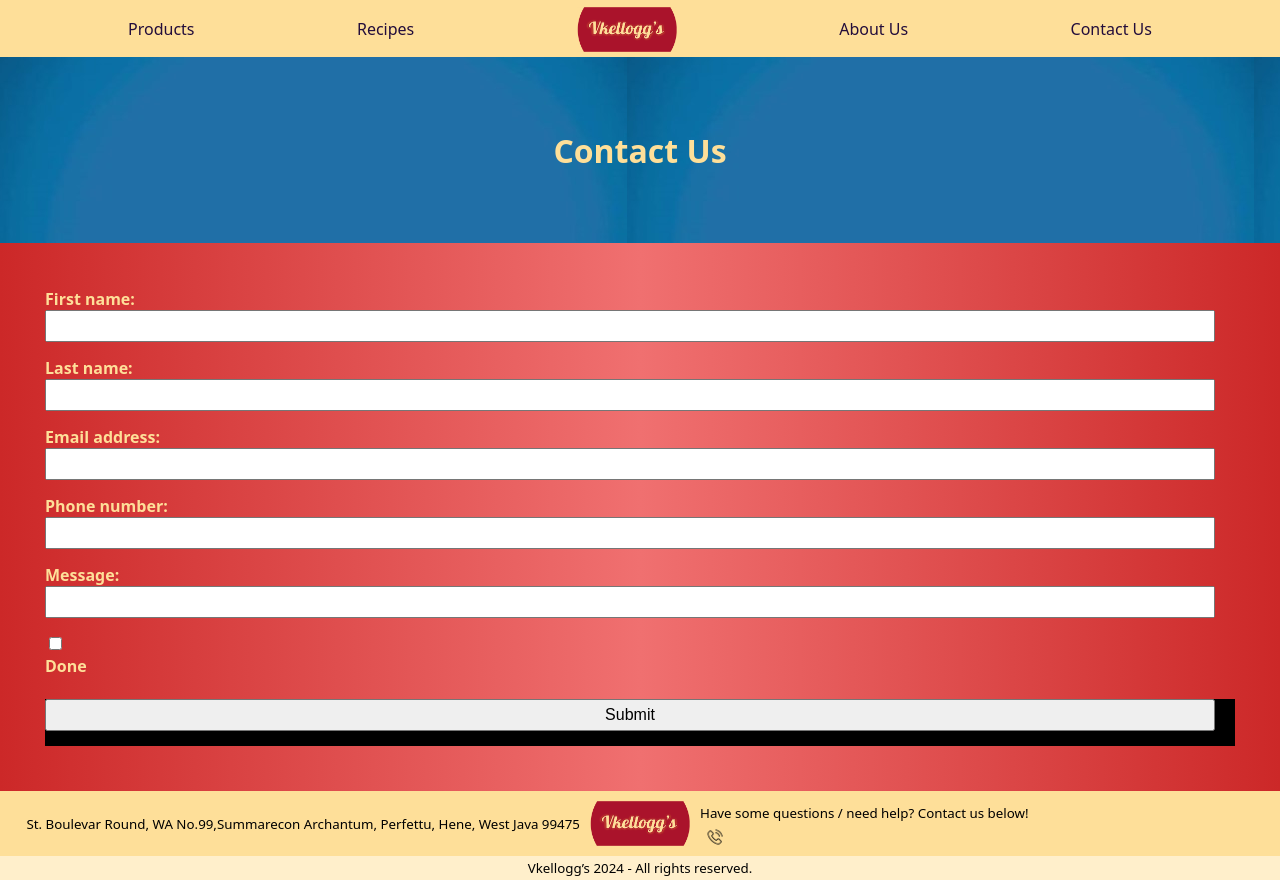
Repository: sugralld/VKelloggs
Page: Code and Assets/html/contactus.html
The author's editor kept a copy of each file at every save. The page is drawn from the files as they stood at one save, then again after the next save.
The browser window is 1280 px wide. The pictures show the whole page.

Above is the page before, as saved 2024-12-03 21:26:23.

### Code and Assets/html/contactus.html
<!DOCTYPE html>
<html lang="en">
<head>
    <meta charset="UTF-8">
    <meta name="viewport" content="width=device-width, initial-scale=1.0">
    <title>Contact Us | Vkellogg's</title>
    <link rel="stylesheet" href="../css/headerfooternavbar.css">
    <link rel="stylesheet" href="../css/contactus.css">
</head>
<body>
    <!-- header navigation -->
    <header>
        <nav>
            <div class="navbar-menu">
                <div><a class="navbar-link1" href="../html/products.html">Products</a></div>
                <div><a class="navbar-link2" href="../html/recipes.html">Recipes</a></div>
                <div class="navbar-link3"><a href="../html/homepage.html"><img src="../asset/Screenshot 2024-05-30 105858.png" width="100" height="45" alt=""></a></div>
                <div><a class="navbar-link4" href="../html/aboutus.html">About Us</a></div>
                <div><a class="navbar-link5" href="../html/contactus.html">Contact Us</a></div>
            </div>
        </nav>
    </header>

    <!-- Header Contact Us -->
    <div class="header">
        <h1>Contact Us</h1>
    </div>

    <!-- Form Contact Us -->
     <div class="form">
        <form action="" method = "post">
            <label for="firstname">First name: </label>
            <input type="text" name="firstname" id="firstname">
            <br>

            <label for="lastname">Last name: </label>
            <input type="text" name="lastname" id="lastname">
            <br>

            <label for="email">Email address: </label>
            <input type="text" name="email" id="email">
            <br>

            <label for="phonenum">Phone number: </label>
            <input type="text" name="phonenum" id="phonenum">
            <br>

            <label for="message">Message: </label>
            <input type="text" name="message" id="message">
            <br>
            <div class="checkbox">
                <input type="checkbox" name="agreement" id="agreement">
                <label for="agreement">Done</label>
            </div>
            <br>
            <div class="button-container">
                <button type="button" onclick="validateData()">Submit</button>
            </div>
        </form>
        <script src="../js/contactus.js"></script>
     </div>

     <!-- Footer -->
    <footer class="footer">
        <div class="upperfooter">
            <div class="footert1"><p>St. Boulevar Round, WA No.99,Summarecon Archantum, Perfettu, Hene, West Java 99475</p></div>
            <div class="footert2"><img src="../asset/Screenshot 2024-05-30 105858.png" width="100" height="45" alt=""></div>
            <div class="footert3">
                <p class="footert4">Have some questions / need help? Contact us below!</p>
                <a href="../html/contactus.html"><img src="../asset/image-removebg-preview (27).png" width="30" height="auto" alt=""></a>
            </div>
        </div>
        <div class="lowerfooter">
            <p class="textlowerfooter">Vkellogg’s 2024  -  All rights reserved.
            </p>
        </div>
     </footer>

</body>
</html>

### Code and Assets/css/headerfooternavbar.css
body {
    margin: 0;
    font-family: system-ui;
}

.navbar-menu{
    display: flex;
    justify-content: space-between;
    align-items: center;
    padding: 0px 10%;
    background-color: #FEDF99;
}

a:hover{
    background-color: #F5F5F5;
    border-radius: 30px;
    color: #CC2828;
}

.navbar-link1,.navbar-link2,.navbar-link4,.navbar-link5{
    font-family: system-ui;
    font-weight: 500;
    text-decoration: none;
    color: #230D3B;
}

.navbar-link3{
    display: block;
    margin-top: 0.7%;
    margin-bottom: 0px;
}

.footer{
    position: bot;
}

.upperfooter{
    display: flex;
    background-color: #FEDF99;
    justify-content: center;
    align-items: center;
}

.footert1,.footert3{
    padding: 0px 10px;
    display: block;
    width: 1200px;
    font-size: smaller;
}

.footert1{
    text-align: right;
}

.footert3{
    text-align: left;
}

.footert2{
    margin-top: 4px;
}

.lowerfooter{
    background-color: #FFEFCB;
    padding: 0;
    margin: 0px;
}

.textlowerfooter{
    margin: 0;
    padding: 3px;
    font-size: smaller;
    text-align: center;
}

.footert4{
    margin-bottom: 0;
}

### Code and Assets/css/contactus.css
.header{
    background-image: url(../asset/copydesktop-wallpaper-kellogg-s-frosted-flakes-breakfast-cereal-original-33-5-oz-box.jpg);
    display: block;
    padding: 50px;
    text-align: center;
    color: #FEDF99;
}

.form{
    background: linear-gradient(0.25turn,#CC2828,#F07070,#CC2828);
    padding: 45px;
    font-weight: bold;
    color: #FEDF99;
}

.form label{
    display: block;
}

.form input[type="text"],
.form button {
    width: calc(100% - 20px);
    max-width: 100%; /* Mencegah input melampaui layar */
    margin: 0 auto 15px; /* Jarak antar elemen */
    padding: 5px; /* Tambahkan padding untuk kenyamanan pengguna */
    box-sizing: border-box; /* Termasuk padding dalam perhitungan lebar */
    font-family: Arial, sans-serif; /* Ubah font */
    font-size: 16px;
}

.form .checkbox-container{
    display: flex;
}

.form .button-container{
    background-color: black;
    padding: 0px;

}

### Code and Assets/js/contactus.js
function wordLen(str) {
    const value = str.trim().split(/\s+/);
    return value.length;
}

function checkAlphaNum(password){
    var isAlpha = false;
    var isNum = false;
    for(let i=0; i<password.length; i++){
        if(isNaN(password[i])){
            isAlpha = true;
        }
        else{
            isNum = true;
        }

        if(isAlpha || isNum){
            return true;
        }
    }
    return false;
}


function validateData(){
    var firstname = document.getElementById("firstname");
    var lastname = document.getElementById("lastname");
    var email = document.getElementById("email");
    var phonenum = document.getElementById("phonenum");
    var message = document.getElementById("message");
    var agreement = document.getElementById("agreement");

    if(!checkAlphaNum(firstname.value)){
        alert("First name must be alphabet!");
    }
    else if(!checkAlphaNum(lastname.value)){
        alert("Last name must be alphabet!");
    }
    else if(!email.value.endsWith("@gmail.com")){
        alert("Email must end with '@gmail.com'!");
    }
    else if(!checkAlphaNum(phonenum.value)){
        alert("Phone number must be numeric!");
    }
    else if(wordLen(message.value)<5){
        alert("Message must be at least 5 words!");
    }
    else if(!agreement.checked){
        alert("'Done' checkbox must be checked!");
    }
    else{
        alert("Message Submitted.");
    }

}

After the next save:
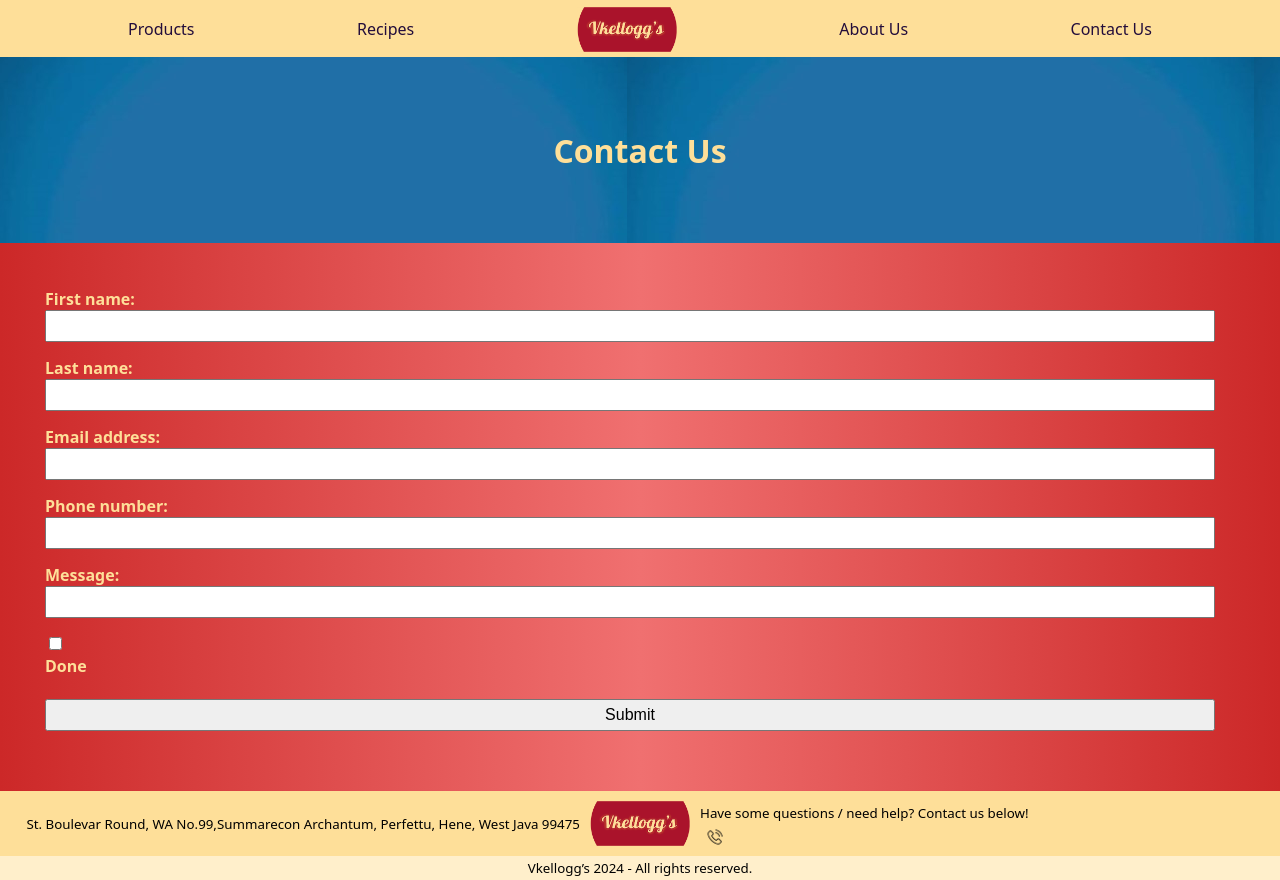
Saved 65 s later.
--- a/Code and Assets/css/contactus.css
+++ b/Code and Assets/css/contactus.css
@@ -33,7 +33,6 @@
 }
 
 .form .button-container{
-    background-color: black;
-    padding: 0px;
+   padding: 0px;
 
 }
